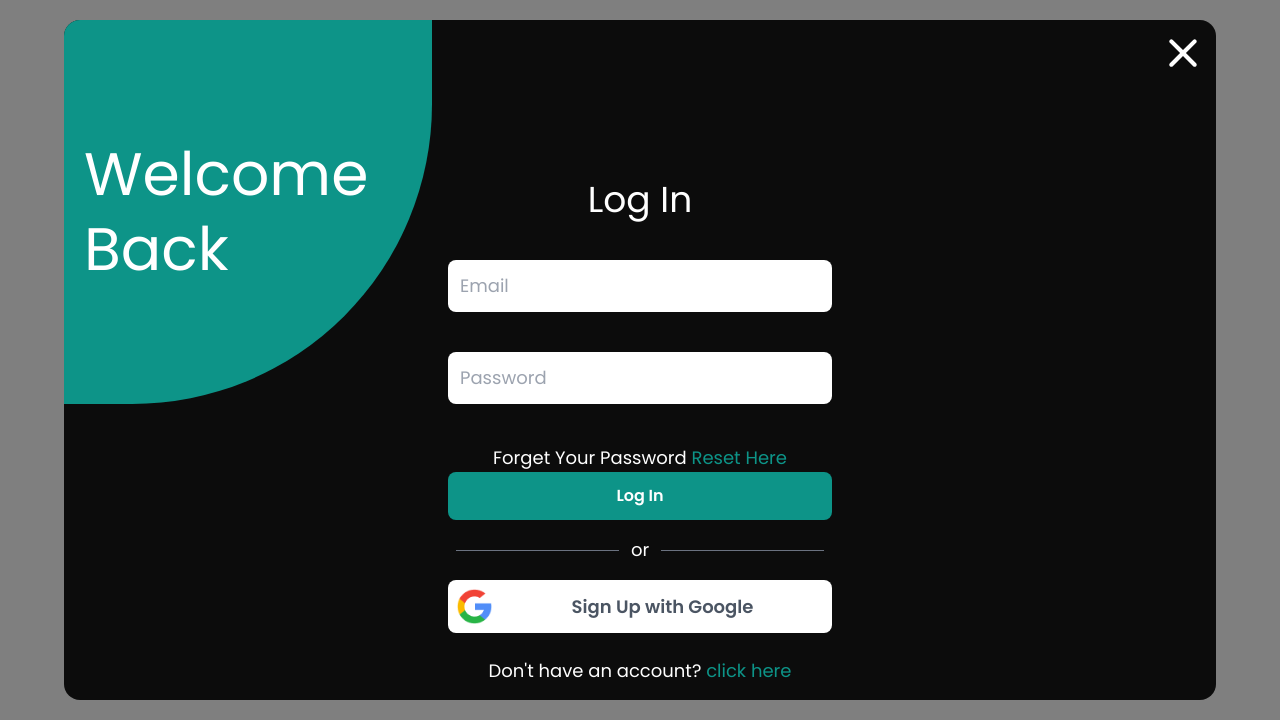
Repository: Ahmed77669/GT-Exams
Page: /
An editor plug-in stored every save of this project. The page is shown before and after the next save, followed by the edit.
The browser window is 1280 px wide. The pictures show the whole page.
The project was rebuilt for these pictures with package versions that can differ from the ones it lists, and the page was loaded fresh each time. The framework's server and built-in components were replaced by stand-ins that run in the browser. Also part of the build but not shown: next.config.mjs.

Above is the page before, as saved 2024-10-04 21:20:10.

### app/page.tsx
'use client'
import Login from "@/components/login";
import NavBarHome from "@/components/Navbar";
import Signup from "@/components/signup";
import Image from "next/image";

export default function Home() {
  return (
    <main>
<div className="fixed top-0 left-0 w-full h-full bg-black bg-opacity-50 flex justify-center items-center z-[1000]">
<div className="p-5 rounded-lg max-w-[1600px] w-full">
      <Login/>
      </div>
      </div>
          </main>
  );
}

### components/login.tsx
import React, { useState } from 'react';
import { Poppins } from "next/font/google";
import { CloseRounded } from '@mui/icons-material';
import { IconButton } from '@mui/material';
import google from '@/public/google.png';
import Image from 'next/image';
import { useRouter } from 'next/navigation';
import { motion } from 'framer-motion';


const poppins = Poppins({
  subsets: ["latin"],
  weight: ["100", "200", "300", "400", "500", "600", "700"],
});

interface LoginProps {
  closeSignup: () => void;
  toggleForm: (formType: 'signup' | 'resetPassword') => void;
}

const pageVariants = {
  hidden: { opacity: 0, y: -20 },
  visible: { opacity: 1, y: 0, transition: { duration: 0.7 } },
};

const Login: React.FC<LoginProps> = ({ closeSignup, toggleForm }) => {
  const route = useRouter();

  const handleSubmit = (event: React.FormEvent) => {
    event.preventDefault();
    route.push('./home');
  };




  return (
    <motion.div variants={pageVariants} initial="hidden" animate="visible">
      <section className={poppins.className}>
        <div className="flex justify-center items-center h-screen ">
          <div className="bg-black/90 w-full max-w-6xl rounded-2xl min-h-[680px]">
            <div className="grid md:grid-cols-3 gap-6 text-white">
              <div className="bg-teal-600 w-full h-96 rounded-tl-2xl rounded-br-[300px] flex items-center">
                <h1 className="text-6xl ml-5 leading-[1.25]">Welcome Back</h1>
              </div>
              <div className="flex flex-col items-center justify-center mt-40">
                <p className="text-center mb-10 text-4xl">Log In</p>
                <form className="flex flex-col items-center" onSubmit={handleSubmit}>
                  <input
                    type="email"
                    name="email"
                    className="text-field w-96 text-lg p-3 mb-10 rounded-lg text-black"
                    placeholder="Email"
                    required
                  />
                  <input
                    type="password"
                    name="password"
                    className="text-field w-96 text-lg p-3 mb-10 rounded-lg text-black"
                    placeholder="Password"
                    required
                  />
                                    <p className="text-lg">
                    Forget Your Password{" "}
                    <span
                      className="text-teal-600 cursor-pointer"
                      onClick={() => toggleForm("signup")}
                    >
                      Reset Here
                    </span>
                  </p>
                  <button className="w-96 bg-teal-600 text-white p-3 rounded-lg hover:opacity-90 font-semibold">
                    Log In
                  </button>
                </form>
                <div className="flex items-center mt-4 w-full">
                  <hr className="flex-1 border-t border-gray-500" />
                  <p className="mx-3 text-lg">or</p>
                  <hr className="flex-1 border-t border-gray-500" />
                </div>
                <div className="flex justify-center mt-4">
                  <button className="w-96 bg-white text-gray-600 p-1 rounded-lg flex items-center hover:opacity-90">
                    <Image src={google} alt="google icon" width={45} />
                    <span className="flex-1 text-center text-lg font-semibold">Sign Up with Google</span>
                  </button>
                </div>
                <div className="text-center mt-6">
                  <p className="text-lg">
                    Don't have an account?{" "}
                    <span
                      className="text-teal-600 cursor-pointer"
                      onClick={() => toggleForm("signup")}
                    >
                      click here
                    </span>
                  </p>
                </div>
              </div>
              <div className="flex justify-end  items-start ">
                <IconButton aria-label="close" onClick={closeSignup} className="m-5">
                  <CloseRounded className="text-white" style={{ fontSize: "50px" }} />
                </IconButton>
              </div>
            </div>
          </div>
        </div>
      </section>
    </motion.div>
  );
};

export default Login;

Loaded but not shown: app/layout.tsx (common file); app/globals.css (common file); tailwind.config.ts (common file)

After the next save:
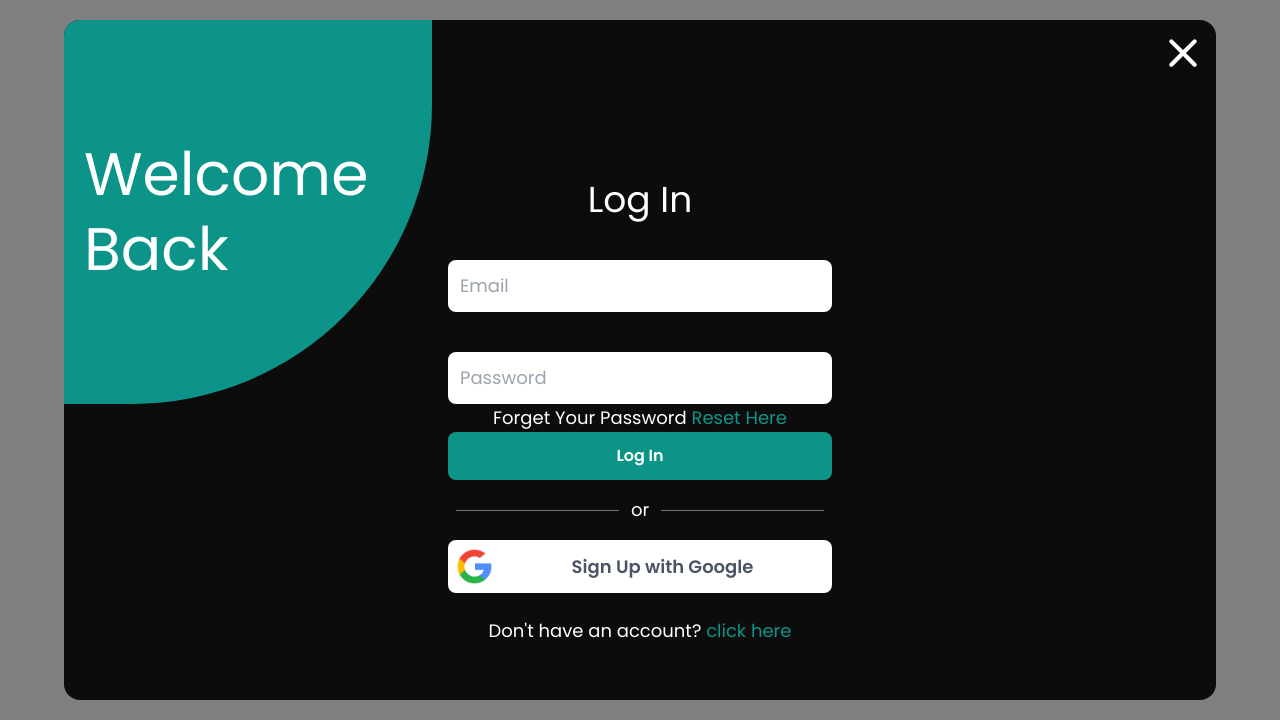
Saved 48 s later.
--- a/components/login.tsx
+++ b/components/login.tsx
@@ -56,7 +56,7 @@ const Login: React.FC<LoginProps> = ({ closeSignup, toggleForm }) => {
                   <input
                     type="password"
                     name="password"
-                    className="text-field w-96 text-lg p-3 mb-10 rounded-lg text-black"
+                    className="text-field w-96 text-lg p-3  rounded-lg text-black"
                     placeholder="Password"
                     required
                   />
